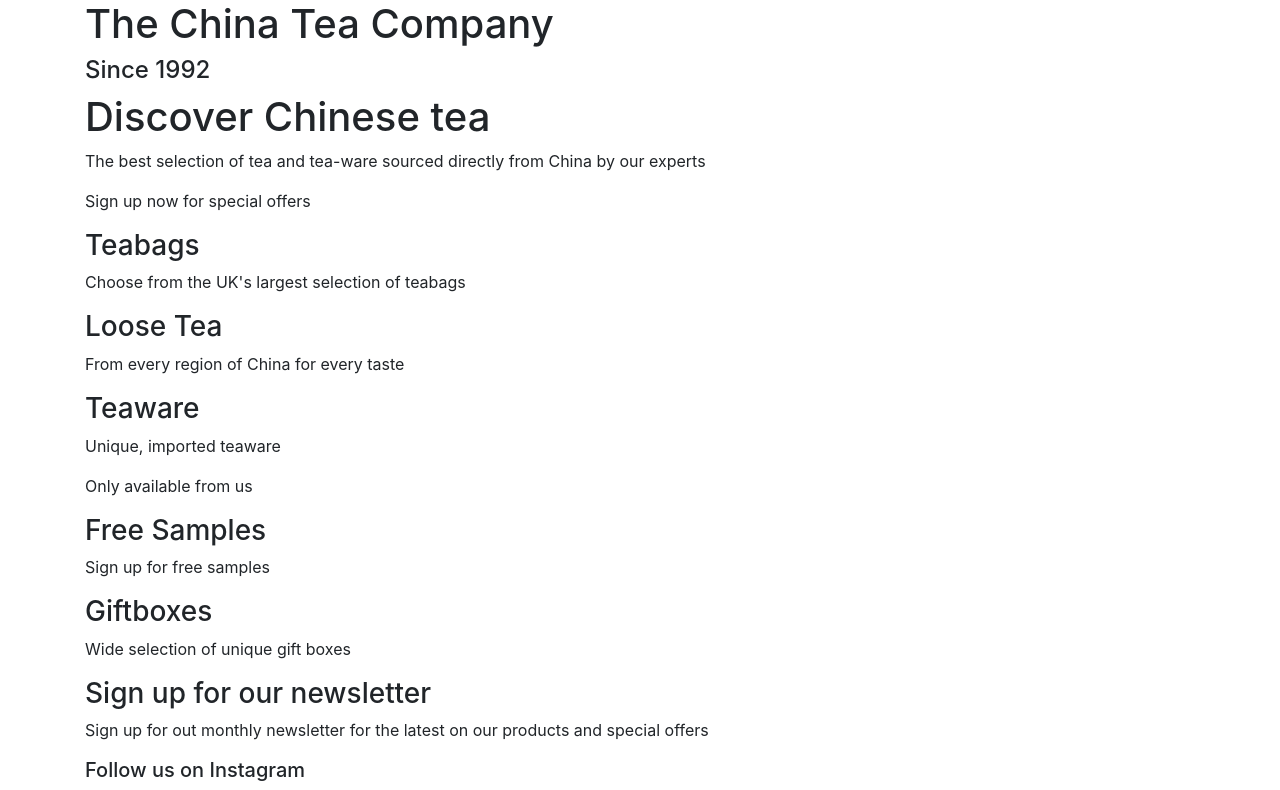
Repository: Code-Institute-Submissions/china-tea
Page: index.html
The author's editor kept a record of every edit. The page is drawn from the files as they stood at one moment, then again after the next edit.
The browser window is 1280 px wide. The pictures show the whole page.

Above is the page before.

### index.html
<!DOCTYPE html>
<html lang="en">

<head>
    <meta charset="UTF-8">
    <meta name="viewport" content="width=device-width, initial-scale=1.0">
    <meta http-equiv="X-UA-Compatible" content="ie=edge">
    <link rel="stylesheet" href="https://stackpath.bootstrapcdn.com/bootstrap/4.3.1/css/bootstrap.min.css" integrity="sha384-ggOyR0iXCbMQv3Xipma34MD+dH/1fQ784/j6cY/iJTQUOhcWr7x9JvoRxT2MZw1T" crossorigin="anonymous">
    <link rel="stylesheet" href="style.css" type="text/css" />
    <title>China Tea Company | Buy specially imported tea, tea-ware and gift boxes</title>
</head>

<body>

    <article class="container">

        <!----Callout-----!>

        <section class="callout">
        <h1>The China Tea Company</h1>
        <h4>Since 1992</h4>

        <h1>Discover Chinese tea</h1>

         <p>The best selection of tea and tea-ware sourced directly from China by our experts</p>
        <p>Sign up now for special offers</p>


        </section>

        <!----/.Callout-----!>

        <!-----Purchase------!>

         <section class="purchase">

         <h3>Teabags</h3>
         <p>Choose from the UK's largest selection of teabags</p>

         <h3>Loose Tea</h3>
         <p>From every region of China for every taste</p>

         <h3>Teaware</h3>
         <p>Unique, imported teaware</p>
         <p>Only available from us</p>

         <h3>Free Samples</h3>
         <p>Sign up for free samples</p>

         <h3>Giftboxes</h3>
         <p>Wide selection of unique gift boxes</p>



         </section>

        <!-----/.purchase-------!>

        <!------newsletter jumbotron-----!>

        <section class="newsletter">

        <h3>Sign up for our newsletter</h3>
        <p>Sign up for out monthly newsletter for the latest on our products and special offers</p>



        </section>

          <!-------/.newsletter jumbotron-----!>

          <!------Instagram and address------!>

          <section class="instagram">
          <h5>Follow us on Instagram</h5>

          </section>

        <!--------/.Instagram and address-----!>



    </article>


</body>

</html>

### style.css
.navDefault {
    position: fixed;
    top: 0;
    left: 0;
    right: 0;
    background-color: gray;
}

button {
    border: none;
    background-color: yellow;
    width: 150px;
    height: 50px;
    color: white;
    text-transform: uppercase;
    cursor: pointer;

}

After the next edit:
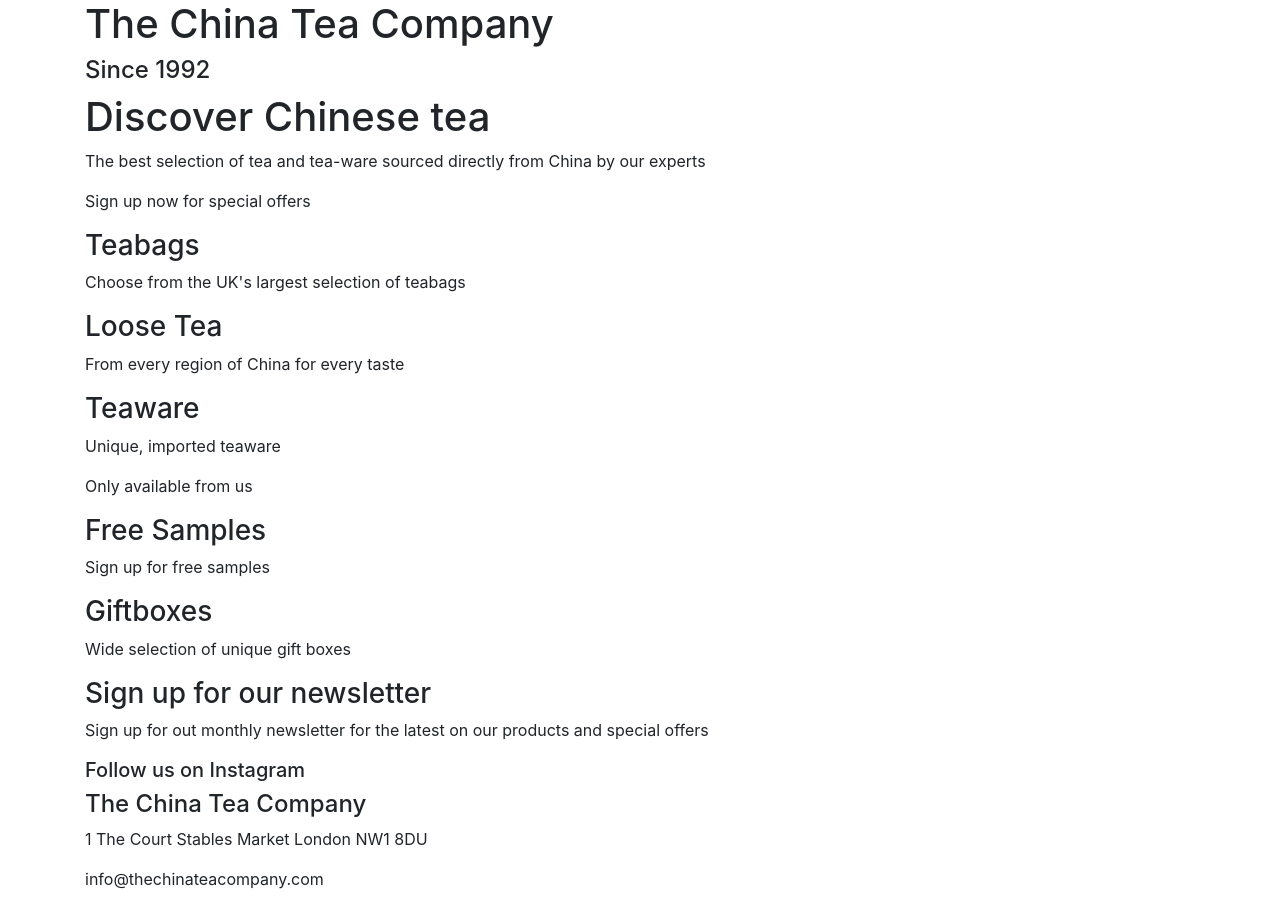
The edit:
--- a/index.html
+++ b/index.html
@@ -74,6 +74,10 @@
           <section class="instagram">
           <h5>Follow us on Instagram</h5>
 
+          <h4>The China Tea Company</h4>
+          <p>1 The Court  Stables Market London NW1 8DU</p>
+          <p>info@thechinateacompany.com</p>
+
           </section>
 
         <!--------/.Instagram and address-----!>
